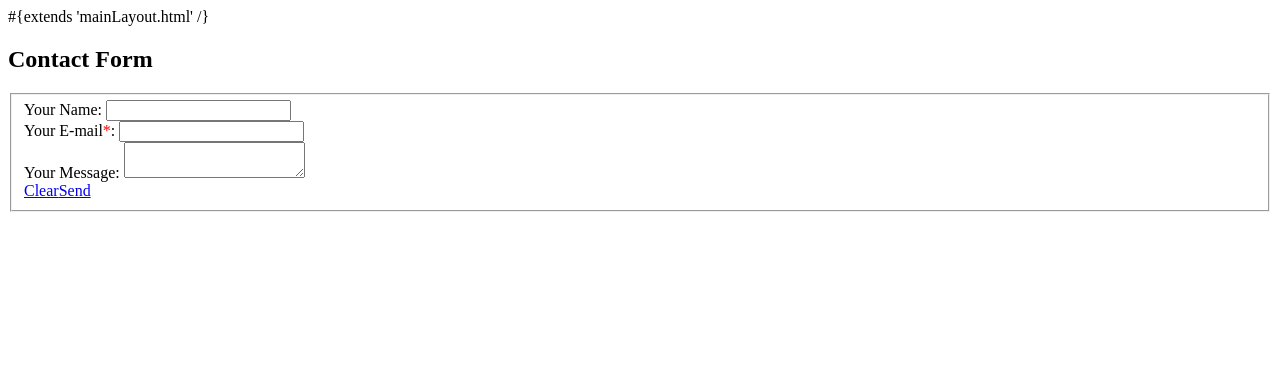
Repository: Maalejm/SEBA
Page: SlifeWebSite/app/views/Application/contactus.html
These files come from the project's save history. The page is drawn as it stood at one moment and after the next save; the edit follows.
The browser window is 1280 px wide. The pictures show the whole page.

Above is the page before, as saved 2013-07-09 21:45:04.

### SlifeWebSite/app/views/Application/contactus.html
#{extends 'mainLayout.html' /}
<script type="text/javascript">
function validate()
{

 var name = document.myForm.Name;
var email = document.myForm.email;

if(name_validation(name))
{
if(ValidateEmail(email))
{
}
}
return false;
}

function name_validation(name){

   if( document.myForm.Name.value == "" )
   {
     alert( "Please provide your name!" );
     document.myForm.Name.focus() ;
     return false;
   }
   return true;
 }

function ValidateEmail(email)
{
var mailformat = /^\w+([\.-]?\w+)*@\w+([\.-]?\w+)*(\.\w{2,3})+$/;
if(email.value.match(mailformat))
{
return true;
}
else
{
alert("You have entered an invalid email address!");
email.focus();
return false;
}
}

</script>

<article class="col-2">
              <h2>Contact Form</h2>
              <form id="contacts-form" name="myForm" action="#"  onsubmit="return(validate());" >
                <fieldset>
                  <div class="field text">
                    <label>Your Name:</label>
                    <input type="text" name="Name">
                  </div>
                  <div class="field text">
                    <label>Your E-mail<ss style="color:#FF0000;">*</ss>:</label>
                    <input type="text" name="email">
                  </div>
                  <div class="field">
                    <label>Your Message:</label>
                    <textarea></textarea>
                  </div>
                 <div class="alignright"><a href="#" class="link4" onClick="document.getElementById('contacts-form').reset()"><span><span>Clear</span></span></a><a href="#" class="link2"  onclick="validate()"><span><span>Send</span></span></a></div>
                </fieldset>
              </form>
            </article>

After the next save:
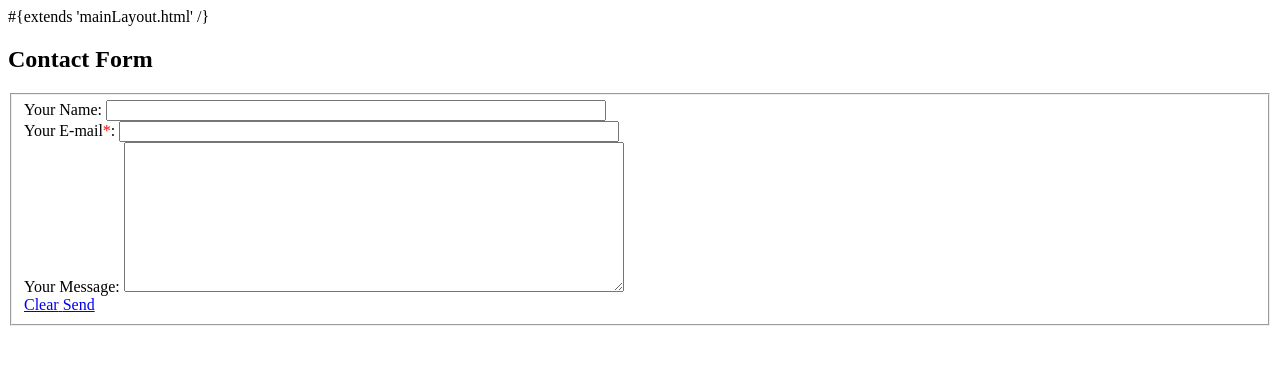
Saved 9 min 55 s later.
--- a/SlifeWebSite/app/views/Application/contactus.html
+++ b/SlifeWebSite/app/views/Application/contactus.html
@@ -49,17 +49,20 @@ return false;
                 <fieldset>
                   <div class="field text">
                     <label>Your Name:</label>
-                    <input type="text" name="Name">
+                    <input type="text" style="width: 500px;" name="Name">
                   </div>
                   <div class="field text">
                     <label>Your E-mail<ss style="color:#FF0000;">*</ss>:</label>
-                    <input type="text" name="email">
+                    <input type="text" style="width: 500px;" name="email">
                   </div>
                   <div class="field">
                     <label>Your Message:</label>
-                    <textarea></textarea>
+                    <textarea style="width: 500px;
+height: 150px;"></textarea>
                   </div>
-                 <div class="alignright"><a href="#" class="link4" onClick="document.getElementById('contacts-form').reset()"><span><span>Clear</span></span></a><a href="#" class="link2"  onclick="validate()"><span><span>Send</span></span></a></div>
+                 <div class="alignright"><a href="#" class="btn btn-primary" onClick="document.getElementById('contacts-form').reset()"><span>
+                 <span>Clear</span></span>
+                 </a><a href="#" class="btn btn-primary"  onclick="validate()"><span><span>Send</span></span></a></div>
                 </fieldset>
               </form>
             </article>
